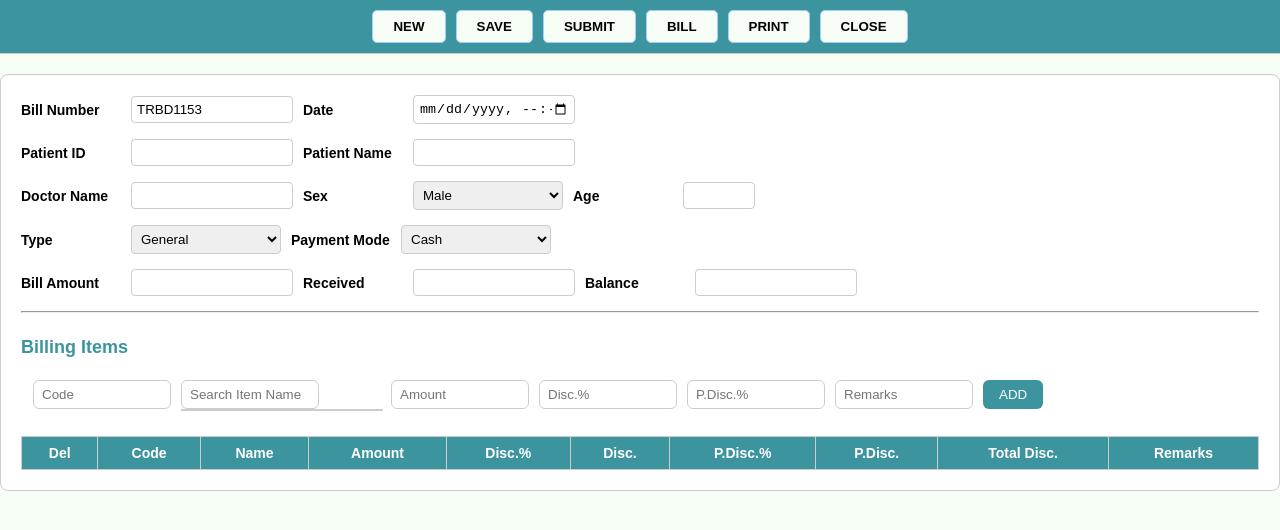
Repository: NAGENDRAN0/New
Page: http://localhost/billing
The author's editor kept a copy of each file at every save. The page is drawn from the files as they stood at one save, then again after the next save.
The browser window is 1280 px wide. The pictures show the whole page.
The page is this project's Thymeleaf template; nobody is signed in. The template is opened directly, without the code that normally fills it, so the values that code supplies are empty.

Above is the page before, as saved 2025-05-15 10:11:14.

### Documents/workspace-spring-tool-suite-4-4.25.0.RELEASE/HMS/src/main/resources/templates/billing.html
<!DOCTYPE html>
<html lang="en">
  <head>
    <meta charset="UTF-8" />
    <title>Billing Page</title>
	<link rel="stylesheet" href="/css/Billing.css" />
	<style>
		.suggestion-list {
		  position: absolute;
		  background-color: #ffffff; /* Background */
		  border: 1px solid #ccc;
		  width: 200px;
		  max-height: 150px;
		  overflow-y: auto;
		  list-style-type: none;
		  padding: 0;
		  margin-top: 2px;
		  z-index: 1000;
		}

		.suggestion-list li {
		  padding: 8px;
		  cursor: pointer;
		  color: #333;
		}

		.suggestion-list li:hover {
		  background-color: #3C949E; /* Your primary color */
		  color: #fff;
		}
		.dropdown-container {
		  position: relative;
		  display: inline-block;
		  width: 200px;
		}

		.suggestion-list {
		  position: absolute;
		  top: 100%;
		  left: 0;
		  width: 100%;
		  background-color: #ffffff;
		  border: 1px solid #ccc;
		  max-height: 150px;
		  overflow-y: auto;
		  list-style-type: none;
		  padding: 0;
		  margin: 0;
		  z-index: 1000;
		}

	</style>

  </head>
  <body>
    <div class="toolbar">
      <button>NEW</button>
      <button>SAVE</button>
      <button>SUBMIT</button>
      <button>BILL</button>
      <button>PRINT</button>
	  <a href="/">
      <button>CLOSE</button></a>
    </div>

    <div class="billing-form">
      <!-- Patient and Bill Info -->
      <div class="form-row">
        <label>Bill Number</label
        ><input type="text" id="billNumber" value="TRBD1153" />
        <label>Date</label><input type="datetime-local" id="billDate" />
      </div>

      <div class="form-row">
        <label>Patient ID</label><input type="text" id="patientId" />
        <label>Patient Name</label><input type="text" id="patientName" />
      </div>

      <div class="form-row">
        <label>Doctor Name</label><input type="text" id="doctorName" />
        <label>Sex</label>
        <select id="sex">
          <option>Male</option>
          <option>Female</option>
          <option>Other</option>
        </select>
        <label>Age</label><input type="number" id="age" style="width: 60px" />
      </div>

      <div class="form-row">
        <label>Type</label>
        <select id="type">
          <option>General</option>
          <option>Emergency</option>
        </select>
        <label>Payment Mode</label>
        <select id="paymentMode">
          <option>Cash</option>
          <option>Credit</option>
          <option>Card</option>
        </select>
      </div>

      <div class="form-row">
        <label>Bill Amount</label
        ><input type="number" id="billAmount" readonly /> <label>Received</label
        ><input type="number" id="receivedAmount" /> <label>Balance</label
        ><input type="number" id="balanceAmount" readonly />
      </div>

      <hr />


<h4 class="section-header">Billing Items</h4>
<div class="item-entry-horizontal">
  <input type="text" placeholder="Code" id="itemcode">
  <div class="dropdown-container">
    <input type="text" id="itemname" placeholder="Search Item Name" autocomplete="off" />
    <ul id="suggestionList" class="suggestion-list"></ul>
  </div>
<input type="number" placeholder="Amount" id="fee">
  <input type="number" placeholder="Disc.%" id="itemDisc">
  <input type="number" placeholder="P.Disc.%" id="itemPDisc">
  <input type="text" placeholder="Remarks" id="remarks">
  <button onclick="addItem()">ADD</button>
</div>

<!-- Billing Items Table -->
<table class="item-table modern">
  <thead>
    <tr>
      <th>Del</th>
      <th>Code</th>
      <th>Name</th>
      <th>Amount</th>
      <th>Disc.%</th>
      <th>Disc.</th>
      <th>P.Disc.%</th>
      <th>P.Disc.</th>
      <th>Total Disc.</th>
      <th>Remarks</th>
    </tr>
  </thead>
  <tbody></tbody>
</table>



<!--    <script>
      function addItem() {
        const code = document.getElementById("itemCode").value;
        const name = document.getElementById("itemName").value;
        const amount =
          parseFloat(document.getElementById("itemAmount").value) || 0;
        const disc = parseFloat(document.getElementById("itemDisc").value) || 0;
        const pdisc =
          parseFloat(document.getElementById("itemPDisc").value) || 0;
        const remarks = document.getElementById("itemRemarks").value;

        const discAmt = (amount * disc) / 100;
        const pdiscAmt = (amount * pdisc) / 100;
        const totalDisc = discAmt + pdiscAmt;

        const table = document.querySelector(".item-table tbody");
        const row = table.insertRow();
        row.innerHTML = `
      <td><button onclick="removeRow(this)">Del</button></td>
      <td>${code}</td>
      <td>${name}</td>
      <td>${amount.toFixed(2)}</td>
      <td>${disc}</td>
      <td>${discAmt.toFixed(2)}</td>
      <td>${pdisc}</td>
      <td>${pdiscAmt.toFixed(2)}</td>
      <td>${totalDisc.toFixed(2)}</td>
      <td></td>
      <td></td>
      <td>${remarks}</td>
    `;

        updateBillAmount();
        clearItemFields();
      }

      function removeRow(btn) {
        btn.closest("tr").remove();
        updateBillAmount();
      }

      function updateBillAmount() {
        const rows = document.querySelectorAll(".item-table tbody tr");
        let total = 0;
        rows.forEach((row) => {
          const amount = parseFloat(row.cells[3].innerText) || 0;
          total += amount;
        });
        document.getElementById("billAmount").value = total.toFixed(2);

        const received =
          parseFloat(document.getElementById("receivedAmount").value) || 0;
        document.getElementById("balanceAmount").value = (
          total - received
        ).toFixed(2);
      }

      document
        .getElementById("receivedAmount")
        .addEventListener("input", updateBillAmount);

      function clearItemFields() {
        [
          "itemCode",
          "itemName",
          "itemAmount",
          "itemDisc",
          "itemPDisc",
          "itemRemarks",
        ].forEach((id) => {
          document.getElementById(id).value = "";
        });
      }

      // Set default date
      document.getElementById("billDate").value = new Date()
        .toISOString()
        .slice(0, 16);
    </script> -->
	<script src="https://code.jquery.com/jquery-3.6.0.min.js"></script>

	<script>
		$(document).ready(function () {
		  $("#itemname").on("input", function () {
		    let query = $(this).val().trim();

		    if (query.length >= 1) {
		      $.ajax({
		        url: "/master/search",
		        data: { query: query },
		        success: function (items) {
		          let list = $("#suggestionList");
		          list.empty();
		          if (items.length === 0) {
		            list.hide();
		            return;
		          }
		          items.forEach(item => {
		            list.append(`<li data-code="${item.itemcode}" data-fee="${item.fee}" data-remarks="${item.remarks}">
		              ${item.itemname}
		            </li>`);
		          });
		          list.show();
		        },
		        error: function() {
		          $("#suggestionList").hide();
		        }
		      });
		    } else {
		      $("#suggestionList").hide();
		    }
		  });

		  // When a suggestion is clicked, autofill the item details
		  $(document).on("click", "#suggestionList li", function () {
		    let name = $(this).text().trim();
		    let code = $(this).data("code");
		    let fee = $(this).data("fee");
		    let remarks = $(this).data("remarks");

		    $("#itemname").val(name);
		    $("#itemcode").val(code);
		    $("#fee").val(fee);
		    $("#remarks").val(remarks);
		    $("#suggestionList").hide();
		  });

		  // Hide suggestions when clicking outside
		  $(document).on("click", function (e) {
		    if (!$(e.target).closest("#itemname, #suggestionList").length) {
		      $("#suggestionList").hide();
		    }
		  });
		});

	</script>

  </body>
</html>

### Documents/workspace-spring-tool-suite-4-4.25.0.RELEASE/HMS/src/main/resources/static/css/Billing.css
body {
  font-family: Arial, sans-serif;
  margin: 0;
  padding: 0;
  background-color: #f5fdf4;
}

.toolbar {
  display: flex;
  justify-content: center;
  gap: 10px;
  background-color: #3c949e;
  padding: 10px;
  border-bottom: 1px solid #ccc;
}

.toolbar button {
  padding: 8px 20px;
  background-color: #f5fdf4;
  border: 1px solid #a1cfff;
  border-radius: 5px;
  cursor: pointer;
  font-weight: 600;
}

.billing-form {
  max-width: 1400px;
  margin: 20px auto;
  padding: 20px;
  background-color: #fff;
  border: 1px solid #ccc;
  border-radius: 8px;
}

.form-row {
  display: flex;
  flex-wrap: wrap;
  gap: 10px;
  margin-bottom: 15px;
  align-items: center;
}

.form-row label {
  min-width: 100px;
  font-size: 14px;
  font-weight: bold;
}

.form-row input[type="text"],
.form-row input[type="number"],
.form-row input[type="datetime-local"],
.form-row select {
  padding: 5px;
  width: 150px;
  border: 1px solid #ccc;
  border-radius: 4px;
}

.form-row button {
  background-color: #00bfff;
  color: white;
  padding: 6px 15px;
  border: none;
  border-radius: 4px;
  cursor: pointer;
}

.side-options {
  float: right;
  width: 300px;
  padding: 20px;
  border-left: 1px solid #ccc;
}

.side-options fieldset {
  margin-bottom: 15px;
  padding: 10px;
  border: 1px solid #ccc;
}

.side-options label {
  display: block;
  margin-bottom: 5px;
}

.side-options input[type="text"] {
  width: 100%;
  padding: 5px;
  margin-top: 5px;
  border: 1px solid #ccc;
  border-radius: 4px;
}

.side-options table {
  width: 100%;
  border-collapse: collapse;
  margin-top: 10px;
}

.side-options table th,
.side-options table td {
  border: 1px solid #ccc;
  padding: 8px;
  text-align: left;
}

.item-table {
  width: 100%;
  border-collapse: collapse;
  margin-top: 20px;
}

.item-table th,
.item-table td {
  border: 1px solid #ccc;
  padding: 8px;
  font-size: 14px;
  text-align: center;
}

.billing-items {
  margin-top: 30px;
  padding: 20px;
  border: 1px solid #ddd;
  border-radius: 12px;
  background-color: #fafafa;
}

.item-entry {
  display: flex;
  flex-wrap: wrap;
  gap: 16px;
  margin-bottom: 20px;
}

.item-field {
  display: flex;
  flex-direction: column;
  width: calc(33% - 16px);
}

.item-field.full-width {
  width: 100%;
  margin-top: 10px;
}

.item-field label {
  font-weight: 600;
  margin-bottom: 5px;
}

.add-button {
  padding: 8px 16px;
  background-color: #0078d4;
  color: #fff;
  border: none;
  border-radius: 6px;
  cursor: pointer;
}

.add-button:hover {
  background-color: #005fa3;
}

.item-table.modern {
  width: 100%;
  border-collapse: collapse;
  margin-top: 10px;
}

.item-table.modern th,
.item-table.modern td {
  border: 1px solid #ccc;
  padding: 8px 10px;
  text-align: center;
}

.item-table.modern th {
  background-color: #f3f3f3;
}

.item-entry-horizontal {
  display: flex;
  gap: 10px;
  align-items: center;
  margin-bottom: 10px;
  flex-wrap: wrap;
}

.item-entry-horizontal input {
  padding: 6px;
  border: 1px solid #ccc;
  border-radius: 6px;
  width: 130px;
}

.item-entry-horizontal button {
  padding: 7px 16px;
  background-color: #0078d4;
  color: white;
  border: none;
  border-radius: 6px;
  cursor: pointer;
}

.item-entry-horizontal button:hover {
  background-color: #005fa3;
}
.section-header {
  color: #3c949e;
  font-size: 18px;
  margin-bottom: 10px;
}

.item-entry-horizontal {
  display: flex;
  gap: 10px;
  align-items: center;
  margin-bottom: 15px;
  flex-wrap: wrap;

  padding: 12px;
  border-radius: 8px;
}

.item-entry-horizontal input {
  padding: 6px 8px;
  border: 1px solid #ccc;
  border-radius: 6px;
  width: 120px;
  background-color: white;
}

.item-entry-horizontal button {
  padding: 7px 16px;
  background-color: #3c949e;
  color: white;
  border: none;
  border-radius: 6px;
  cursor: pointer;
}

.item-entry-horizontal button:hover {
  background-color: #327f89;
}

.item-table.modern {
  width: 100%;
  border-collapse: collapse;
  margin-top: 10px;
}

.item-table.modern th {
  background-color: #3c949e;
  color: white;
  padding: 8px;
  border: 1px solid #ccc;
}

.item-table.modern td {
  padding: 8px;
  text-align: center;
  border: 1px solid #ccc;
  background-color: #f5fdf4;
}

After the next save:
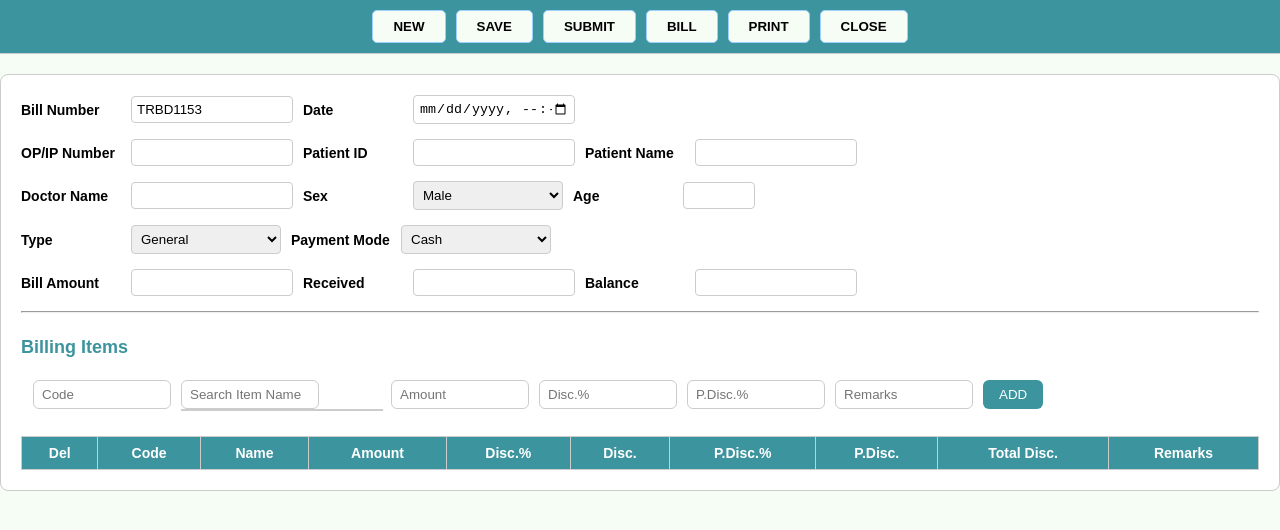
Saved 62 s later.
--- a/Documents/workspace-spring-tool-suite-4-4.25.0.RELEASE/HMS/src/main/resources/templates/billing.html
+++ b/Documents/workspace-spring-tool-suite-4-4.25.0.RELEASE/HMS/src/main/resources/templates/billing.html
@@ -72,6 +72,7 @@
       </div>
 
       <div class="form-row">
+		<label>OP/IP Number</label><input type="text" id="patientName" />
         <label>Patient ID</label><input type="text" id="patientId" />
         <label>Patient Name</label><input type="text" id="patientName" />
       </div>
